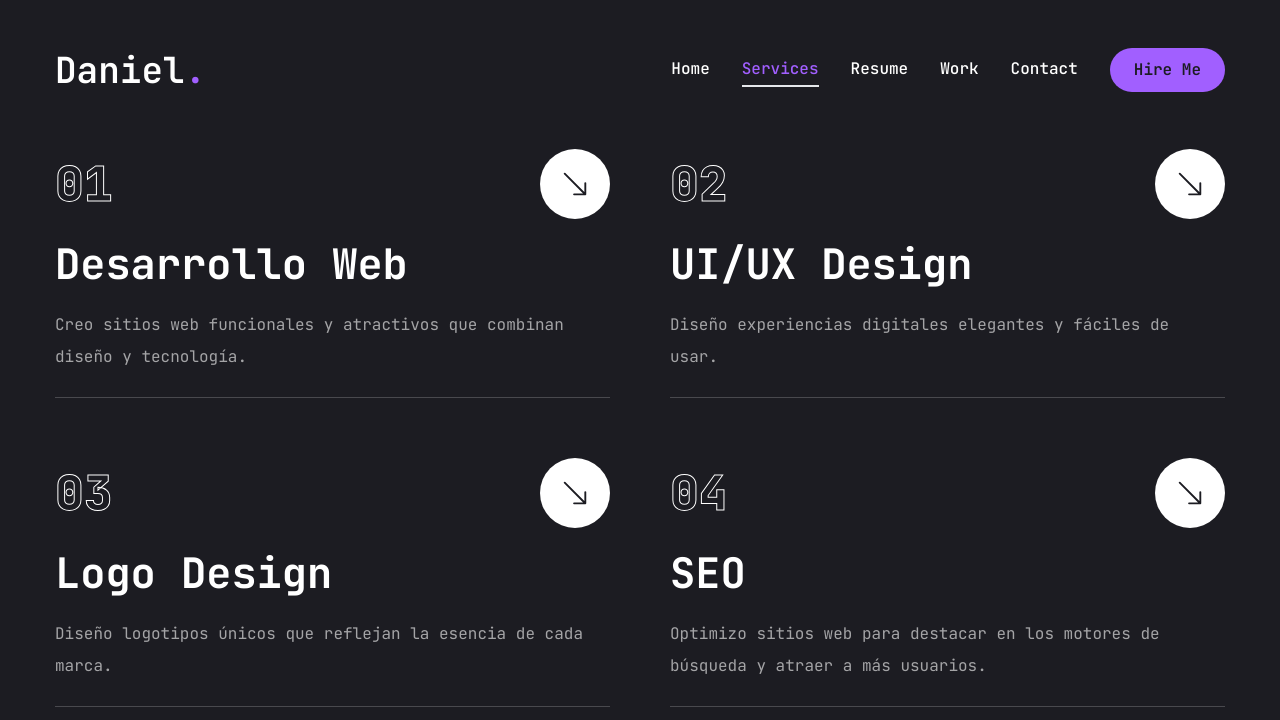
Repository: itsDarkos/Daniel-Portfolio
Page: /services
These files come from the project's save history. The page is drawn as it stood at one moment and after the next save; the edit follows.
The browser window is 1280 px wide. The pictures show the whole page.
The project was rebuilt for these pictures with package versions that can differ from the ones it lists, and the page was loaded fresh each time. The framework's server and built-in components were replaced by stand-ins that run in the browser. Also part of the build but not shown: next.config.mjs.

Above is the page before, as saved 2025-01-04 19:21:00.

### app/layout.jsx
import { JetBrains_Mono } from "next/font/google";
import "./globals.css";

// components
import Header from "@/components/Header";
import PageTransition from "@/components/PageTransition";
import StairTransition from "@/components/StairTransition";

const jetBrainsMono = JetBrains_Mono({
  variable: "--font-jetBrainsMono",
  weight: ["100", "200", "300", "400", "500", "600", "700", "800"],
  subsets: ["latin"],
});

export const metadata = {
  title: "Create Next App",
  description: "Generated by create next app",
};

export default function RootLayout({ children }) {
  return (
    <html lang="en">
      <body className={jetBrainsMono.variable}>
        <Header />
        <StairTransition />
        <PageTransition>{children}</PageTransition>
      </body>
    </html>
  );
}

### app/services/page.jsx
"use client";

import { BsArrowDownRight } from "react-icons/bs";
import Link from "next/link";

const services = [
  {
    num: "01",
    title: "Desarrollo Web",
    description:
      "Creo sitios web funcionales y atractivos que combinan diseño y tecnología.",
    href: "",
  },
  {
    num: "02",
    title: "UI/UX Design",
    description:
      "Diseño experiencias digitales elegantes y fáciles de usar.",
    href: "",
  },
  {
    num: "03",
    title: "Logo Design",
    description:
      "Diseño logotipos únicos que reflejan la esencia de cada marca.",
    href: "",
  },
  {
    num: "04",
    title: "SEO",
    description:
      "Optimizo sitios web para destacar en los motores de búsqueda y atraer a más usuarios.",
    href: "",
  },
];

import { motion } from "framer-motion";

const Services = () => {
  return (
    <section className="min-h-[80vh] flex flex-col justify-center py-12 xl:py-0">
      <div className="container mx-auto">
        <motion.div
          initial={{ opacity: 0 }}
          animate={{
            opacity: 1,
            transition: { delay: 2.4, duration: 0.4, ease: "easeIn" },
          }}
          className="grid grid-cols-1 md:grid-cols-2 gap-[60px]"
        >
          {services.map((service, index) => {
            return (
              <div
                key={index}
                className="flex-1 flex flex-col justify-center gap-6 group"
              >
                {/* top */}
                <div className="w-full flex justify-between items-center">
                  <div className="text-5xl font-extrabold text-outline text-transparent group-hover:text-outline-hover transition-all duration-500">
                    {service.num}
                  </div>
                  <Link href={service.href} className="w-[70px] h-[70px] rounded-full bg-white group-hover:bg-accent transition-all duration-500 flex justify-center items-center hover:-rotate-45">
                    <BsArrowDownRight className="text-primary text-3xl" />
                  </Link>
                </div>
                {/* tiltle */}
                <h2 className="text-[42px] font-bold leading-none text-white group-hover:text-accent transition-all duration-500">{service.title}</h2>
                {/* description */}
                <p className="text-white/60">{service.description}</p>
                {/* border */}
                <div className="border-b border-white/20 w-full"></div>
              </div>
            );
          })}
        </motion.div>
      </div>
    </section>
  );
};

export default Services;

### app/globals.css
@tailwind base;
@tailwind components;
@tailwind utilities;

@layer base {
  body {
    @apply font-primary bg-primary text-white leading-loose;
  }

  .h1 {
    @apply text-[48px] xl:text-[80px] leading-[1.1] font-semibold;
  }

  .h2 {
    @apply text-[36px] xl:text-[48px] leading-[1.1] font-semibold;
  }

  .h3 {
    @apply text-[20px] xl:text-[24px] leading-[1.1] font-semibold;
  }
  .text-outline{
    -webkit-text-stroke: 1px #ffffff;
  }

  .text-outline-hover{
    -webkit-text-stroke: 1px #a15fff;
  }
}

### components/Header.jsx
import Link from "next/link";
import { Button } from "./ui/button";

// components
import { Nav } from "./Nav";
import MobileNav from "./MobileNav";

export const Header = () => {
  return (
    <header className="py-8 xl:py-12 text-white">
      <div className="container mx-auto flex justify-between items-center">
        {/* logo */}
        <Link href="/">
          <h1 className="text-4xl font-semibold">
            Daniel<span className="text-accent">.</span>
          </h1>
        </Link>
        {/* desktop nav & hire me button */}
        <div className="hidden xl:flex items-center gap-8">
          <Nav />
          <Link href="/contact">
            <Button>Hire Me</Button>
          </Link>
        </div>
        {/* mobile nav */}
        <div className="xl:hidden">
          <MobileNav />
        </div>
      </div>
    </header>
  );
};

export default Header;

### components/PageTransition.jsx
"use client";

import { AnimatePresence, motion } from "framer-motion"
import { usePathname } from "next/navigation";

const PageTransition = ({children}) => {
  const pathname = usePathname();
  return <AnimatePresence>
    <div key={pathname}>
      <motion.div
        initial ={{opacity: 1}}
        animate={{
          opacity: 0,
          transition:{delay: 1, duration: 0.4, ease: "easeInOut"},
        }}
        className="h-screen w-screen fixed bg-primary top-0 pointer-events-none"
      />
      {children}
    </div>
    </AnimatePresence>
}

export default PageTransition

### components/StairTransition.jsx
"use client";

import { AnimatePresence, motion } from "framer-motion";
import { usePathname } from "next/navigation";

//components
import Stairs from "./Stairs";

const StairTransition = () => {
  const pathname = usePathname();
  return (
    <>
      <AnimatePresence mode="wait">
        <div key={pathname}>
          <div className="h-screen w-screen fixed top-0 left-0 right-0 pointer-events-none z-40 flex">
            <Stairs />
          </div>
          <motion.div
            className="h-screen w-screen fixed bg-primary top-0 pointer-events-none"
            initial={{ opacity: 1 }}
            animate={{
              opacity: 0,
              transition: { delay: 1, duration: 0.4, ease: "easeInOut" },
            }}
          />
        </div>
      </AnimatePresence>
    </>
  );
};

export default StairTransition;

### components/ui/button.jsx
import * as React from "react";
import { Slot } from "@radix-ui/react-slot";
import { cva } from "class-variance-authority";

import { cn } from "@/lib/utils";

const buttonVariants = cva(
  "inline-flex items-center justify-center whitespace-nowrap rounded-full text-base font-semibold ring-offset-white transition-colors",
  {
    variants: {
      variant: {
        default:  "bg-accent text-primary hover:bg-accent-hover",
        primary:  "bg-primary text-white",
        outline:  "border border-accent bg-transparent text-accent hover:bg-accent hover:text-primary",
      },
      size: {
        default: "h-[44px] px-6",
        sm: "h-[48px] px-6",
        lg: "h-[56px] px-8 text-sm uppercase tracking-[2px]",
      },
    },
    defaultVariants: {
      variant: "default",
      size: "default",
    },
  }
);

const Button = React.forwardRef(
  ({ className, variant, size, asChild = false, ...props }, ref) => {
    const Comp = asChild ? Slot : "button";
    return (
      <Comp
        className={cn(buttonVariants({ variant, size, className }))}
        ref={ref}
        {...props}
      />
    );
  }
);
Button.displayName = "Button";

export { Button, buttonVariants };

### components/Nav.jsx
"use client";

import Link from "next/link";
import { usePathname } from "next/navigation";

const links = [
  {
    name: "Home",
    path: "/",
  },
  {
    name: "Services",
    path: "/services",
  },
  {
    name: "Resume",
    path: "/resume",
  },
  {
    name: "Work",
    path: "/work",
  },
  {
    name: "Contact",
    path: "/contact",
  },
];

export const Nav = () => {
  const pathname = usePathname();
  console.log(pathname);
  return (
    <nav className="flex gap-8">
      {links.map((link, index) => {
        return (
          <Link
            href={link.path}
            key={index}
            className={`${
              link.path === pathname && "text-accent border-b-2 border-accent"
            }capitalize font-medium hover:text-accent transition all`}>
            {link.name}
          </Link>
        );
      })}
    </nav>
  );
};

export default Nav;

### components/MobileNav.jsx
"use client";

import { Sheet, SheetContent, SheetTrigger } from "@/components/ui/sheet";
import { usePathname } from "next/navigation";
import Link from "next/link";
import { CiMenuFries } from "react-icons/ci";

const links = [
  {
    name: "home",
    path: "/",
  },
  {
    name: "services",
    path: "/services",
  },
  {
    name: "resume",
    path: "/resume",
  },
  {
    name: "work",
    path: "/work",
  },
  {
    name: "contact",
    path: "/contact",
  },
];

const MobileNav = () => {
  const pathname = usePathname();
  return (
    <Sheet>
      <SheetTrigger className="flex justify-center items-center">
        <CiMenuFries className="text-[32px] text-accent" />
      </SheetTrigger>
      <SheetContent className="flex flex-col">
        {/* logo */}
        <div className="mt-32 mt-40 text-center text-2xl">
          <Link href="/"></Link>
          <h1 className="text-4xl font-semibold">
            Daniel<span className="text-accent">.</span>
          </h1>
        </div>
        {/* nav */}
        <nav className="flex flex-col justifi-center items-center gap-8">
          {links.map((link, index) => {
            return (
              <Link
                href={link.path}
                key={index}
                className={`${
                  link.path === pathname &&
                  "text-accent border-b-2 border-accent"
                } text-xl capitalize hover:text-accent transition`}
              >
                {link.name}
              </Link>
            );
          })}
        </nav>
      </SheetContent>
    </Sheet>
  );
};

export default MobileNav;

### components/Stairs.jsx
import { animate, motion } from "framer-motion";

//variants
const stairAimation = {
  initial: {
    top: "0%",
  },
  animate: {
    top: "100%",
  },
  exit: {
    top: ["100%", "0%"],
  },
};

//calculate the reverse index fot staggred delay
const reverseIndex = (index) => {
  const totalSteps = 6; //number of steps
  return totalSteps - index - 1;
};

const Stairs = () => {
  return (
    <>
      {/* render & motion divs, each representing a step of the stairs.
      Each div will have the same animation defined by the stoirsAnimation object.
      The delay for each div is calculated sinomically based on it's reversed index,
      creating a staggered effect with decreasing delay for each subsequent step.
     */}
      {[...Array(6)].map((_, index) => {
        return (
          <motion.div
            key={index}
            variants={stairAimation}
            initial="initial"
            animate="animate"
            exit="exit"
            transition={{
              duration: 0.4,
              ease: "easeInOut",
              delay: reverseIndex(index) * 0.1,
            }}
            className="h-full w-full bg-white relative"
          />
        );
      })}
    </>
  );
};

export default Stairs;

### components/ui/sheet.jsx
"use client";
import * as React from "react"
import * as SheetPrimitive from "@radix-ui/react-dialog"
import { cva } from "class-variance-authority";
import { cn } from "@/lib/utils"

import {IoMdClose} from "react-icons/io"

const Sheet = SheetPrimitive.Root

const SheetTrigger = SheetPrimitive.Trigger

const SheetClose = SheetPrimitive.Close

const SheetPortal = SheetPrimitive.Portal

const SheetOverlay = React.forwardRef(({ className, ...props }, ref) => (
  <SheetPrimitive.Overlay
    className={cn(
      "fixed inset-0 z-50 bg-black/80  data-[state=open]:animate-in data-[state=closed]:animate-out data-[state=closed]:fade-out-0 data-[state=open]:fade-in-0",
      className
    )}
    {...props}
    ref={ref} />
))
SheetOverlay.displayName = SheetPrimitive.Overlay.displayName

const sheetVariants = cva(
  "fixed z-50 gap-4 bg-primary p-6 shadow-lg transition ease-in-out data-[state=open]:animate-in data-[state=closed]:animate-out data-[state=closed]:duration-300 data-[state=open]:duration-500 dark:bg-neutral-950",
  {
    variants: {
      side: {
        top: "inset-x-0 top-0 border-b data-[state=closed]:slide-out-to-top data-[state=open]:slide-in-from-top",
        bottom:
          "inset-x-0 bottom-0 border-t data-[state=closed]:slide-out-to-bottom data-[state=open]:slide-in-from-bottom",
        left: "inset-y-0 left-0 h-full w-3/4 border-r data-[state=closed]:slide-out-to-left data-[state=open]:slide-in-from-left sm:max-w-sm",
        right:
          "inset-y-0 right-0 h-full w-3/4 data-[state=closed]:slide-out-to-right data-[state=open]:slide-in-from-right sm:max-w-sm",
      },
    },
    defaultVariants: {
      side: "right",
    },
  }
)

const SheetContent = React.forwardRef(({ side = "right", className, children, ...props }, ref) => (
  <SheetPortal>
    <SheetOverlay />
    <SheetPrimitive.Content ref={ref} className={cn(sheetVariants({ side }), className)} {...props}>
      {children}
      <SheetPrimitive.Close
        className="absolute right-8 top-8 transition opacity ouline-none">
        <IoMdClose className="text-3xl text-accent" />
        <span className="sr-only">Close</span>
      </SheetPrimitive.Close>
    </SheetPrimitive.Content>
  </SheetPortal>
))
SheetContent.displayName = SheetPrimitive.Content.displayName

const SheetHeader = ({
  className,
  ...props
}) => (
  <div
    className={cn("flex flex-col space-y-2 text-center sm:text-left", className)}
    {...props} />
)
SheetHeader.displayName = "SheetHeader"

const SheetFooter = ({
  className,
  ...props
}) => (
  <div
    className={cn("flex flex-col-reverse sm:flex-row sm:justify-end sm:space-x-2", className)}
    {...props} />
)
SheetFooter.displayName = "SheetFooter"

const SheetTitle = React.forwardRef(({ className, ...props }, ref) => (
  <SheetPrimitive.Title
    ref={ref}
    className={cn("text-lg font-semibold text-neutral-950 dark:text-neutral-50", className)}
    {...props} />
))
SheetTitle.displayName = SheetPrimitive.Title.displayName

const SheetDescription = React.forwardRef(({ className, ...props }, ref) => (
  <SheetPrimitive.Description
    ref={ref}
    className={cn("text-sm text-neutral-500 dark:text-neutral-400", className)}
    {...props} />
))
SheetDescription.displayName = SheetPrimitive.Description.displayName

export {
  Sheet,
  SheetPortal,
  SheetOverlay,
  SheetTrigger,
  SheetClose,
  SheetContent,
  SheetHeader,
  SheetFooter,
  SheetTitle,
  SheetDescription,
}

### tailwind.config.mjs
/** @type {import('tailwindcss').Config} */
// eslint-disable-next-line import/no-anonymous-default-export
export default {
  darkMode: ["class"],
  content: [
    "./pages/**/*.{js,ts,jsx,tsx,mdx}",
    "./components/**/*.{js,ts,jsx,tsx,mdx}",
    "./app/**/*.{js,ts,jsx,tsx,mdx}",
  ],
  theme: {
    container: {
      center: true,
      padding: "15px",
    },
    screens: {
      sm: "640px",
      md: "768px",
      lg: "960px",
      xl: "1200px",
    },
    fontFamily: {
      primary: "var(--font-jetBrainsMono)",
    },
    extend: {
      colors: {
        primary: "#1c1c22",
        accent: {
          DEFAULT: "#a15fff",
          hover: "#8e4cff",
        },
      },
      borderRadius: {
        lg: "var(--radius)",
        md: "calc(var(--radius) - 2px)",
        sm: "calc(var(--radius) - 4px)",
      },
    },
  },
  plugins: [require("tailwindcss-animate")],
};

Loaded but not shown: lib/utils.js (common file)

After the next save:
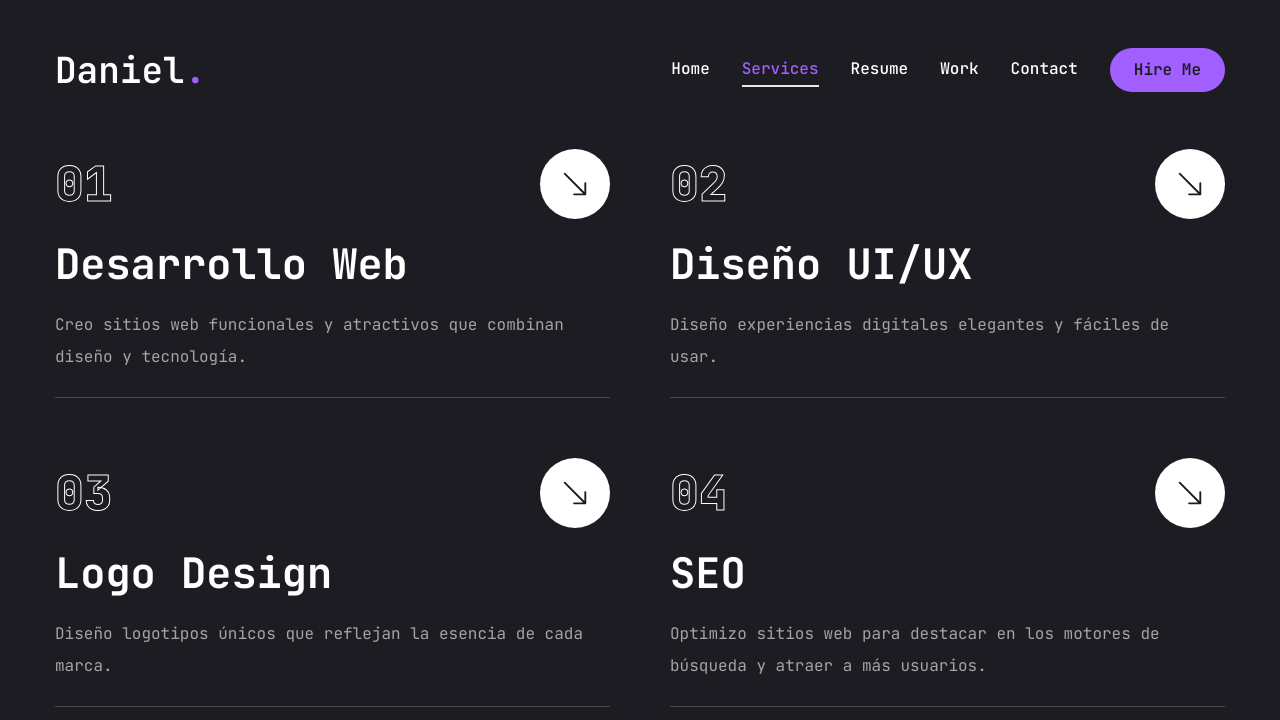
Saved 5 s later.
--- a/app/services/page.jsx
+++ b/app/services/page.jsx
@@ -13,7 +13,7 @@ const services = [
   },
   {
     num: "02",
-    title: "UI/UX Design",
+    title: "Diseño UI/UX",
     description:
       "Diseño experiencias digitales elegantes y fáciles de usar.",
     href: "",
